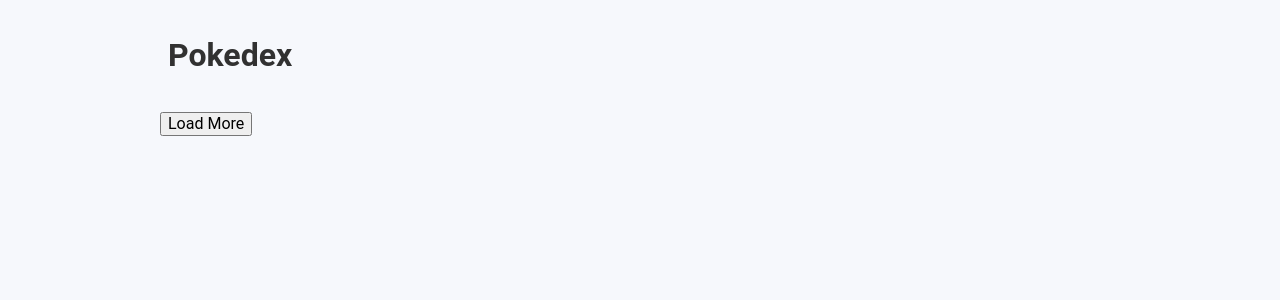
Repository: Sandro1969-tech/pokedex
Page: index.html
These files come from the project's save history. The page is drawn as it stood at one moment and after a run of saves; the edit follows.
The browser window is 1280 px wide. The pictures show the whole page.
The page's requests for data from a server got no answer.

Above is the page before, as saved 2026-02-23 09:58:31.

After the next 2 saves:
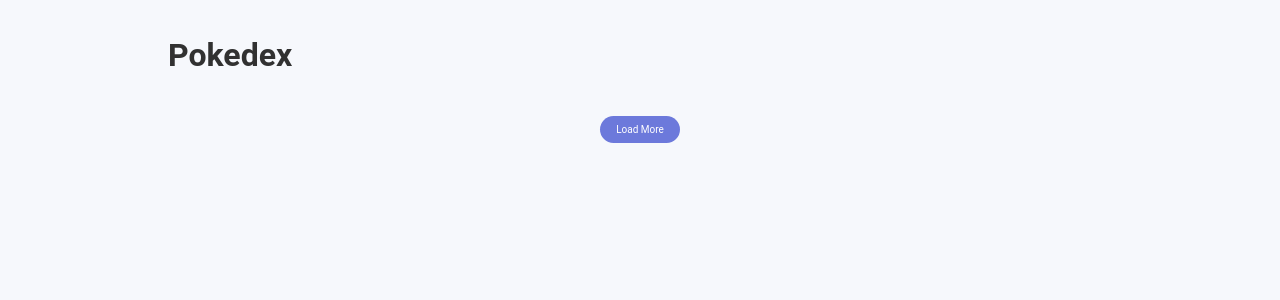
The 2 saves are shown as one change because they came seconds apart.
The last was saved 26 s later.
--- a/assets/css/pokedex.css
+++ b/assets/css/pokedex.css
@@ -1,12 +1,110 @@
-.pokemons { display: grid; grid-template-columns: 1fr; list-style: none; padding: 0; }
-.pokemon { margin: .5rem; padding: 1rem; border-radius: 1rem; color: #fff; display: flex; flex-direction: column; }
-.pokemon .name { text-transform: capitalize; font-weight: bold; font-size: 1.25rem; }
-/* Exemplo de cores por tipo */
-.grass { background-color: #48d0b0; }
-.fire { background-color: #fb6c6c; }
-.water { background-color: #76bdfe; }
-.electric { background-color: #ffd86e; }
-/* Adicione os outros tipos conforme necessário */
-.pokemon .detail { display: flex; align-items: center; justify-content: space-between; }
-.pokemon img { max-width: 100%; height: 70px; }
-@media screen and (min-width: 600px) { .pokemons { grid-template-columns: 1fr 1fr; } }
+.pokemons {
+    display: grid;
+    grid-template-columns: 1fr;
+    list-style: none;
+    padding: 0;
+    margin: 0;
+}
+
+.pokemon {
+    display: flex;
+    flex-direction: column;
+    margin: .5rem;
+    padding: 1rem;
+    border-radius: 1rem;
+}
+
+.pokemon .number {
+    color: #000;
+    opacity: .3;
+    text-align: right;
+    font-size: .625rem;
+}
+
+.pokemon .name {
+    text-transform: capitalize;
+    color: #fff;
+    margin-bottom: .25rem;
+}
+
+.pokemon .detail {
+    display: flex;
+    flex-direction: row;
+    align-items: center;
+    justify-content: space-between;
+}
+
+.pokemon .detail .types {
+    padding: 0;
+    margin: 0;
+    list-style: none;
+}
+
+.pokemon .detail .types .type {
+    background-color: rgba(255, 255, 255, 0.2);
+    color: #fff;
+    padding: .25rem .5rem;
+    margin: .25rem 0;
+    font-size: .625rem;
+    border-radius: 1rem;
+    filter: brightness(1.1);
+    text-align: center;
+}
+
+.pokemon .detail img {
+    max-width: 100%;
+    height: 70px;
+}
+
+.pagination {
+    display: flex;
+    flex-direction: row;
+    justify-content: center;
+    align-items: center;
+    width: 100%;
+    padding: 1rem;
+}
+
+.pagination button {
+    padding: .5rem 1rem;
+    margin: .25rem 0;
+    font-size: .625rem;
+    color: #fff;
+    background-color: #6c79db;
+    border: none;
+    border-radius: 1rem;
+    cursor: pointer;
+}
+
+/* Cores dos Tipos */
+.normal { background-color: #a8a878; }
+.fire { background-color: #f08030; }
+.water { background-color: #6890f0; }
+.grass { background-color: #78c850; }
+.electric { background-color: #f8d030; }
+.ice { background-color: #98d8d8; }
+.ground { background-color: #e0c068; }
+.flying { background-color: #a890f0; }
+.poison { background-color: #a040a0; }
+.fighting { background-color: #c03028; }
+.psychic { background-color: #f85888; }
+.dark { background-color: #705848; }
+.rock { background-color: #b8a038; }
+.bug { background-color: #a8b820; }
+.ghost { background-color: #705898; }
+.steel { background-color: #b8b8d0; }
+.dragon { background-color: #7038f8; }
+.fairy { background-color: #f0b6bc; }
+
+/* Media Queries para Responsividade */
+@media screen and (min-width: 380px) {
+    .pokemons { grid-template-columns: 1fr 1fr; }
+}
+
+@media screen and (min-width: 576px) {
+    .pokemons { grid-template-columns: 1fr 1fr 1fr; }
+}
+
+@media screen and (min-width: 992px) {
+    .pokemons { grid-template-columns: 1fr 1fr 1fr 1fr; }
+}
